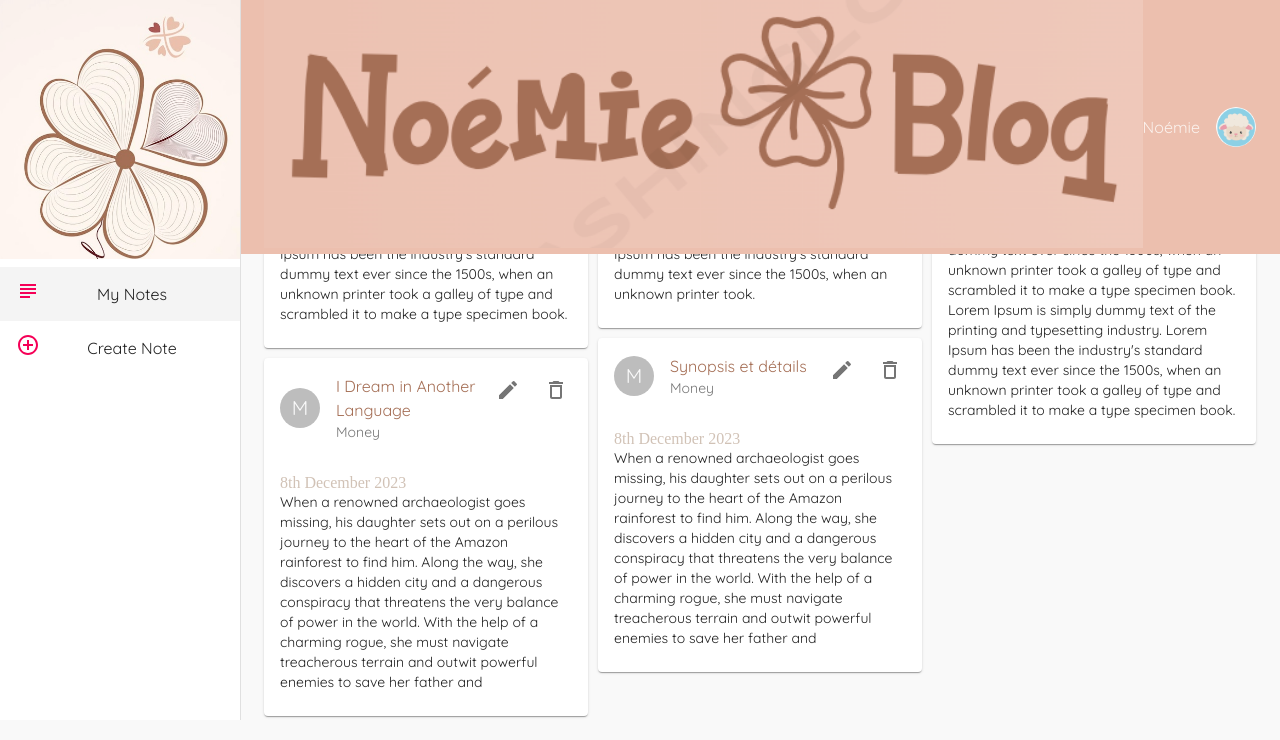
Repository: noemiepham/noemieblognote
Page: /
An editor plug-in stored every save of this project. The page is shown before and after the next save, followed by the edit.
The browser window is 1280 px wide. The pictures show the whole page.
The project was rebuilt for these pictures with package versions that can differ from the ones it lists, and the page was loaded fresh each time. Requests to the local data server were answered from the project's data file. Also part of the build but not shown: src/pages/Create.js.

Above is the page before, as saved 2023-12-08 16:49:33.

### public/index.html
<!DOCTYPE html>
<html lang="en">

<head>
  <meta charset="utf-8" />
  <meta name="viewport" content="width=device-width, initial-scale=1" />
  <meta name="theme-color" content="#000000" />
  <meta name="description" content="Web site created using create-react-app" />

  <link rel="stylesheet" href="https://fonts.googleapis.com/css?family=Roboto:300,400,500,700&display=swap" />
  <title>Material UI</title>
</head>

<body>
  <noscript>You need to enable JavaScript to run this app.</noscript>
  <div id="root"></div>
  <!--
      This HTML file is a template.
      If you open it directly in the browser, you will see an empty page.

      You can add webfonts, meta tags, or analytics to this file.
      The build step will place the bundled scripts into the <body> tag.

      To begin the development, run `npm start` or `yarn start`.
      To create a production bundle, use `npm run build` or `yarn build`.
    -->
</body>

</html>

### src/index.css
@import url('https://fonts.googleapis.com/css2?family=Open+Sans:ital,wght@0,400;1,300&family=Quicksand&display=swap');


body {
     margin: 0;
     -webkit-font-smoothing: antialiased;
     -moz-osx-font-smoothing: grayscale;
     background: #f9f9f9;
}

.my-masonry-grid {
     display: -webkit-box;
     /* Not needed if autoprefixing */
     display: -ms-flexbox;
     /* Not needed if autoprefixing */
     display: flex;
     margin-left: -20px;
     /* gutter size offset */
     width: auto;
}

.my-masonry-grid_column {
     padding-left: 20px;
     /* gutter size */
     background-clip: padding-box;

}

.my-masonry-grid_column>div {
     /* change div to reference your elements you put in <Masonry> */
     margin-bottom: 30px;
}

img {
     width: 100%;
     height: 100%;
     object-fit: cover;
}

header.MuiPaper-root.MuiAppBar-root.MuiAppBar-positionFixed.MuiAppBar-colorPrimary.makeStyles-appbar-7.mui-fixed.MuiPaper-elevation0 {
     background-color: #ecbfae;
}

### src/App.js
import React from "react";
import { BrowserRouter, Routes, Route } from "react-router-dom";
import Notes from "./pages/Notes";
import Create from "./pages/Create";
import { createTheme, ThemeProvider } from "@material-ui/core";
import Layout from "./pages/Layout";
const theme = createTheme({
  palette: {
    primary: {
      light: "#d9c8ba ",
      main: "#d1c2b6",
      dark: "#9d6854 ",
      contrastText: "#fbf2ed",
    },
  },
  typography: {
    fontFamily: "Quicksand",
    fontWeightLight: 400,
    lineHeight: 30,
  },
});

function App() {
  return (
    <ThemeProvider theme={theme}>
      <BrowserRouter>
        <Routes>
          <Route path="/" element={<Layout />}>
            <Route path="" element={<Notes />} />
            <Route path="create" element={<Create />} />
            <Route path="edit/:id" element={<Create />} />
          </Route>
        </Routes>
      </BrowserRouter>
    </ThemeProvider>
  );
}

export default App;

### src/pages/Notes.js
import { useEffect, useState } from "react";
import NoteCard from "../components/NoteCard";
import Masonry, { ResponsiveMasonry } from "react-responsive-masonry";
import { useNavigate } from "react-router-dom";

const Notes = () => {
  const [notes, setNotes] = useState([]);
  const navigate = useNavigate();

  useEffect(() => {
    fetch("http://localhost:8000/notes")
      .then((res) => res.json())
      .then((data) => setNotes(data));
  }, []);

  const handleDelete = async (id) => {
    await fetch("http://localhost:8000/notes/" + id, {
      method: "DELETE",
    });

    const newNotes = notes.filter((note) => note.id !== id);

    setNotes(newNotes);
  };
  const handleEdit = (note) => {
    navigate("/edit/" + note);
  };
  return (
    <ResponsiveMasonry columnsCountBreakPoints={{ 350: 1, 750: 2, 900: 3 }}>
      <Masonry columnsCount={3} gutter="10px">
        {notes.map((note) =>
          note ? (
            <NoteCard
              note={note}
              handleDelete={handleDelete}
              handleEdit={handleEdit}
              spacing={3}
            />
          ) : (
            ""
          )
        )}
      </Masonry>
    </ResponsiveMasonry>
  );
};

export default Notes;

### src/pages/Layout.js
import { Outlet, useLocation, useNavigate } from "react-router-dom";
import { Avatar, Drawer, Typography, makeStyles } from "@material-ui/core";
import List from "@material-ui/core/List";
import ListItem from "@material-ui/core/ListItem";
import ListItemText from "@material-ui/core/ListItemText";
import { AddCircleOutline, SubjectOutlined } from "@material-ui/icons";
import { AppBar, Toolbar } from "@material-ui/core";

const drawerWidth = 240;
const useStyles = makeStyles((theme) => {
  return {
    page: {
      background: "#f9f9f9",
      width: "100%",
      padding: theme.spacing(3),
    },
    drawer: {
      width: drawerWidth,
    },
    drawerPaper: {
      width: drawerWidth,
    },
    root: {
      display: "flex",
    },
    active: {
      background: "#f4f4f4",
    },
    title: {
      padding: theme.spacing(3),
    },
    appbar: {
      width: `calc(100% - ${drawerWidth}px)`,
    },
    toolbar: theme.mixins.toolbar,
    date: {
      flexGrow: 1,
    },
    avatar: {
      marginLeft: theme.spacing(2),
    },
  };
});

function Layout() {
  const navigate = useNavigate();
  const location = useLocation();
  const classes = useStyles();
  const menuItems = [
    {
      text: "My Notes",
      icon: <SubjectOutlined color="secondary" />,
      path: "/",
    },
    {
      text: "Create Note",
      icon: <AddCircleOutline color="secondary" />,
      path: "/create",
    },
  ];

  return (
    <div className={classes.root}>
      {/*  App bar */}
      <AppBar className={classes.appbar} elevation={0}>
        <Toolbar>
          <Typography className={classes.date}>
            <img className="slogan" src="slogan.png" alt="slogan" />
          </Typography>
          <Typography>Noémie</Typography>
          <Avatar src="sheep.png" className={classes.avatar} />
        </Toolbar>
      </AppBar>
      {/* side drawer */}
      <Drawer
        className={classes.drawer}
        variant="permanent"
        anchor="left"
        classes={{ paper: classes.drawerPaper }}
      >
        <div>
          <img alt="Remy Sharp" src="logoBlog.jpg" />
        </div>
        <List>
          {menuItems.map((item) => (
            <ListItem
              key={item.text}
              button
              onClick={() => navigate(item.path)}
              className={
                location.pathname === item.path ? classes.active : null
              }
            >
              <ListItemText>{item.icon}</ListItemText>
              <ListItemText primary={item.text} />
            </ListItem>
          ))}
        </List>
      </Drawer>
      <div className={classes.page}>
        <div className={classes.toolbar}></div>
        <Outlet />
      </div>
    </div>
  );
}

export default Layout;

### src/components/NoteCard.js
import {
  Avatar,
  Card,
  CardContent,
  CardHeader,
  Typography,
  makeStyles,
} from "@material-ui/core";
import { IconButton } from "@material-ui/core";
import { yellow, green, pink, blue } from "@material-ui/core/colors";
import { DeleteOutline } from "@material-ui/icons";
import EditIcon from "@material-ui/icons/Edit";

const useStyles = makeStyles({
  title: {
    fontSize: 16,
    fontWeight: 500,
    color: "#a56f56 ",
  },
  detail: {
    lineHeight: 30,
  },
  avatar: {
    backgroundColor: (note) => {
      console.log(note.category);
      if (note.category === "Work") {
        return yellow[700];
      }
      if (note.category === "Money") {
        return green[500];
      }
      if (note.category === "Todos") {
        return pink[500];
      } else {
        return blue[500];
      }
    },
  },
  poster: {
    margin: 20,
    color: "#a17056",
  },
});

function NoteCard({ note, handleDelete, handleEdit }) {
  const classes = useStyles(note);
  //console.log("sfsqdfdsf", note);
  return (
    <div>
      <Card elevation={1} className={classes.test}>
        <CardHeader
          avatar={
            <Avatar className={classes.avatar}>
              {note.category[0]?.toUpperCase()}
            </Avatar>
          }
          action={
            <div>
              <IconButton onClick={() => handleEdit(note?.id)}>
                <EditIcon />
              </IconButton>
              <IconButton onClick={() => handleDelete(note?.id)}>
                <DeleteOutline />
              </IconButton>
            </div>
          }
          title={
            <Typography className={classes.title}>{note?.title}</Typography>
          }
          subheader={note?.category}
        />
        <CardContent>
          <Typography variant="poster" color="primary">
            {note?.currentDate}
          </Typography>
          <Typography variant="body2">{note?.details}</Typography>
        </CardContent>
      </Card>
    </div>
  );
}

export default NoteCard;

### db.json
{
  "notes": [{
      "title": "Yoshi's birthday bash",
      "details": "Lorem Ipsum is simply dummy text of the printing and typesetting industry. Lorem Ipsum has been the industry's standard dummy text ever since the 1500s, when an unknown printer took a galley of type and scrambled it to make a type specimen book.",
      "category": "Reminders",
      "id": 1
    },
    {
      "title": "Complete my ninja training",
      "details": "Lorem Ipsum is simply dummy text of the printing and typesetting industry. Lorem Ipsum has been the industry's standard dummy text ever since the 1500s, when an unknown printer took.",
      "category": "Work",
      "id": 2
    },
    {
      "title": "Order a pizza!",
      "details": "Lorem Ipsum is simply dummy text of the printing and typesetting industry. Lorem Ipsum has been the industry's standard dummy text ever since the 1500s, when an unknown printer took a galley of type and scrambled it to make a type specimen book.\nLorem Ipsum is simply dummy text of the printing and typesetting industry. Lorem Ipsum has been the industry's standard dummy text ever since the 1500s, when an unknown printer took a galley of type and scrambled it to make a type specimen book.",
      "category": "Todos",
      "id": 3
    },
    {
      "title": "Synopsis et détails",
      "details": "When a renowned archaeologist goes missing, his daughter sets out on a perilous journey to the heart of the Amazon rainforest to find him. Along the way, she discovers a hidden city and a dangerous conspiracy that threatens the very balance of power in the world. With the help of a charming rogue, she must navigate treacherous terrain and outwit powerful enemies to save her father and",
      "category": "Money",
      "currentDate": "8th December 2023",
      "id": 12
    },
    {
      "title": "I Dream in Another Language",
      "details": "When a renowned archaeologist goes missing, his daughter sets out on a perilous journey to the heart of the Amazon rainforest to find him. Along the way, she discovers a hidden city and a dangerous conspiracy that threatens the very balance of power in the world. With the help of a charming rogue, she must navigate treacherous terrain and outwit powerful enemies to save her father and",
      "category": "Money",
      "currentDate": "8th December 2023",
      "id": 13
    }
  ]
}

Loaded but not shown: src/index.js (common file)

After the next save:
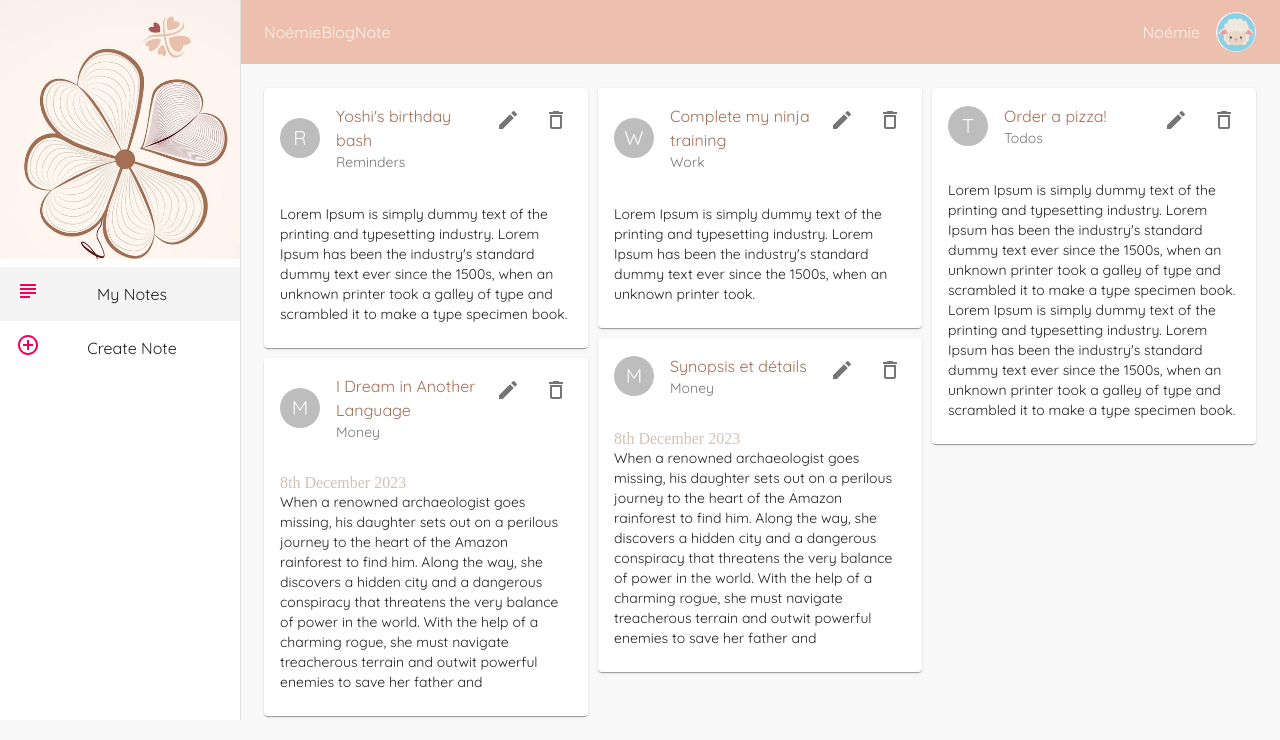
Saved 20 s later.
--- a/src/pages/Layout.js
+++ b/src/pages/Layout.js
@@ -64,9 +64,7 @@ function Layout() {
       {/*  App bar */}
       <AppBar className={classes.appbar} elevation={0}>
         <Toolbar>
-          <Typography className={classes.date}>
-            <img className="slogan" src="slogan.png" alt="slogan" />
-          </Typography>
+          <Typography className={classes.date}>NoémieBlogNote</Typography>
           <Typography>Noémie</Typography>
           <Avatar src="sheep.png" className={classes.avatar} />
         </Toolbar>
